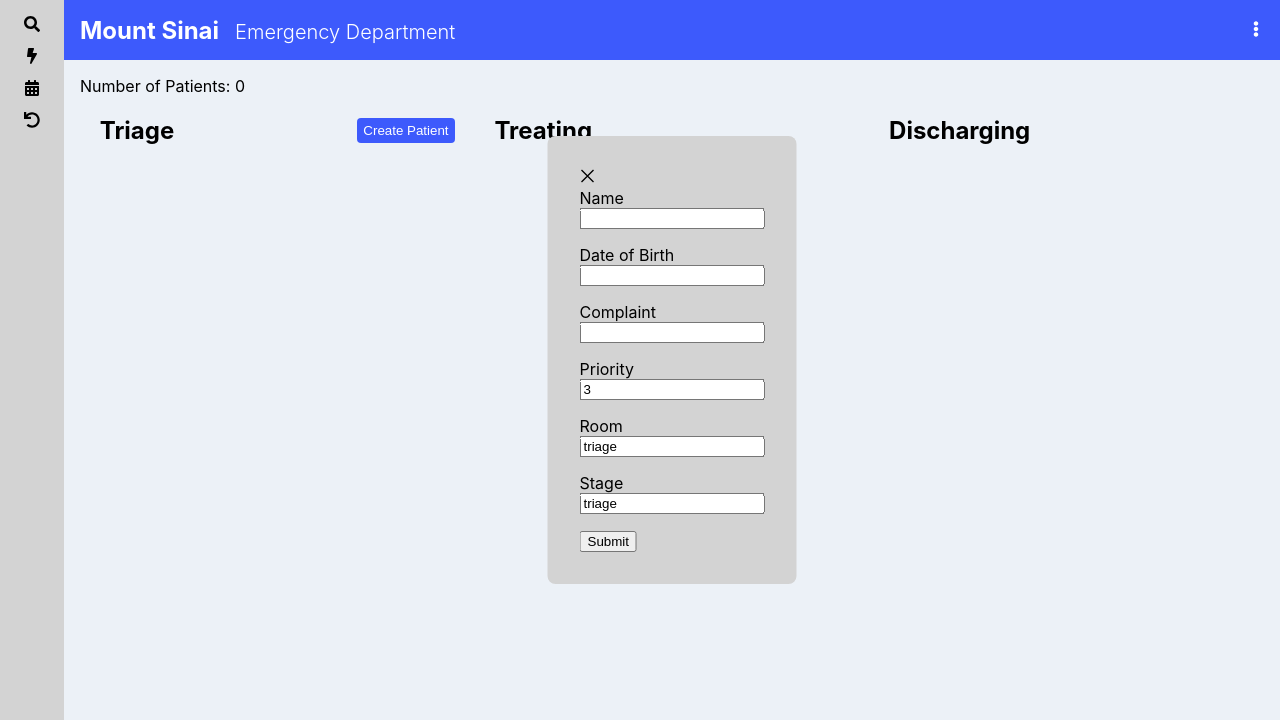
Repository: kosenijr/triage-app
Page: /, after clicking the first element matching `button.App_61351_triage-header-button`
The author's editor kept a copy of each file at every save. The page is drawn from the files as they stood at one save, then again after the next save.
The browser window is 1280 px wide. The pictures show the whole page.
The page's requests for data from a server got no answer. The project was rebuilt for these pictures with package versions that can differ from the ones it lists, and the page was loaded fresh each time. No one was signed in, and anything a server would have sent is missing. Also part of the build but not shown: src/styles/PatientCard.module.css, src/components/PatientCard.js.

Above is the page before, as saved 2022-11-17 12:50:14.

### src/App.js
import React, { useEffect, useState } from 'react';
import { FaEllipsisV, FaSearch, FaBolt, FaCalendarAlt, FaUndo } from "react-icons/fa";
import styles from '../src/styles/App.module.css'
import '../src/styles/Global.module.css'
import { ROUTES } from '../src/constants'
import PatientCard from './components/PatientCard'
import Modal from './components/Modal'

const log = console.log;

function App() {

  const [patientRecords, setPatientRecords] = useState([]);
  const [numOfPatients, setNumOfPatients] = useState(0);
  const [isModalOpen, setIsModalOpen] = useState(false);



  useEffect(() => {
    fetch(ROUTES['GET_ALL_PATIENTS'])
      .then(res => res.json())
      .then(res => setPatientRecords(res))
  }, []);

  useEffect(() => {
    setNumOfPatients(patientRecords.length);
  }, [patientRecords]);

  const onRoomAssignment = (patient, room) => {
    // const oldPatientRecord = patient;
    const newPatientRecord = {
      id: patient.id,
      name: patient.name,
      dob: patient.dob,
      complaint: patient.complaint,
      priority: patient.priority,
      room: patient.room,
      stage: 'treating'
    }


    setPatientRecords(patientRecords.map((record) => {
      if (record.id === patient.id) {
        record.room = room;
        record.stage = 'treating';
      }
      return record;
    }));

    const requestOptions = {
      method: 'PUT',
      body: JSON.stringify(newPatientRecord),
    };

    fetch(ROUTES['GET_EACH_PATIENT'], requestOptions)
      .then(result => result.json())
      .catch(error => console.log('error', error));
  }

  const onCreatePatient = (patient) => {
    const requestOptions = {
      method: 'POST',
      body: JSON.stringify(patient),
    };

    fetch(ROUTES['GET_EACH_PATIENT'], requestOptions)
      .then(result => result.json())
      .then(patient => console.log(patient))
      .then(patient => setPatientRecords([...patientRecords, patient]))
      .catch(error => console.log('error', error));
  }


  const onStartDischarge = (patient) => {
    const newPatientRecord = {
      id: patient.id,
      name: patient.name,
      dob: patient.dob,
      complaint: patient.complaint,
      priority: patient.priority,
      room: 'discharging-room',
      stage: 'discharging'
    }


    setPatientRecords(patientRecords.map((record) => {
      if (record.id === patient.id) {
        record.room = 'discharging-room';
        record.stage = 'discharging';
      }
      return record;
    }));

    const requestOptions = {
      method: 'PUT',
      body: JSON.stringify(newPatientRecord),
    };

    fetch(ROUTES['GET_EACH_PATIENT'], requestOptions)
      .then(result => result.json())
      .then(result => console.log(result))
      .catch(error => console.log('error', error));


  }

  const onCompleteDischarge = (patient) => {
    setPatientRecords(patientRecords.filter((record) => record.id !== patient.id));

    const requestOptions = {
      method: 'DELETE',
    };

    fetch(`${ROUTES['GET_EACH_PATIENT']}/${patient.id}`, requestOptions)
      .then(result => result.json())
      .then(result => console.log(result))
      .catch(error => console.log('error', error));

  }
  return (
    <div className={styles['App']}>
      <div className={styles['left-nav']}>
        <FaSearch className='mb-4 mt-4' />
        <FaBolt className='mb-4' />
        <FaCalendarAlt className='mb-4' />
        <FaUndo className='mb-4' />
      </div>
      <div className={styles['right-content']}>
        {isModalOpen && <Modal onCreatePatient={onCreatePatient} setIsModalOpen={setIsModalOpen} />}
        <header className={styles['header']}>
          <div>
            <span className={styles['title']}>Mount Sinai</span>
            <span className={styles['sub-title']}>Emergency Department</span>
          </div>
          <div>
            <FaEllipsisV />

          </div>
        </header>
        <div className={styles['patient-content']}>
          <div><span>Number of Patients: </span><span>{numOfPatients}</span></div>

          <div className={styles['processing']}>
            <div className={styles['process-columns']}>
              <div className={styles['triage-header']}>
                <h2>Triage</h2>
                <button className={styles['triage-header-button']} onClick={() => setIsModalOpen(!isModalOpen)}>Create Patient</button>
              </div>
              {patientRecords.map((patient, index) => {
                // log(patient)
                if (patient?.stage === 'triage') {
                  return (
                    <PatientCard key={index} patient={patient} updateRoomAssignment={onRoomAssignment} />
                  )
                }

              })}
            </div>
            <div className={styles['process-columns']}>
              <h2>Treating</h2>
              {patientRecords.map((patient, index) => {
                // log(patient.name, patient.stage);
                if (patient?.stage === 'treating') {
                  return (
                    <PatientCard key={index} patient={patient} updateRoomAssignment={onRoomAssignment} onStartDischarge={onStartDischarge} />
                  )
                }

              })}

            </div>
            <div className={styles['process-columns']}>
              <h2>Discharging</h2>
              {patientRecords.map((patient, index) => {

                if (patient?.stage === 'discharging') {
                  return (
                    <PatientCard key={index} patient={patient} updateRoomAssignment={onRoomAssignment} onCompleteDischarge={onCompleteDischarge} />
                  )
                }

              })}
            </div>
          </div>
        </div>
      </div>
    </div>
  );
}

export default App;

// styles is a regular object

### src/styles/App.module.css
.App {
  height: 100vh;
  width: 100vw;
  display: relative;
  overflow-y: hidden;
}

.left-nav {
  display: none;
}

.right-content {
  position: relative;
}

.patient-content {
  background-color: #ecf1f7;
  height: content-box;
  overflow-y: scroll;
  position: absolute;
  top: 60px;
  right: 0;
  left: 0;
  bottom: 0;
  padding: 1rem 1rem 4rem 1rem;
}

.header {
  display: flex;
  justify-content: space-between;
  align-items: center;
  /* height: 100px; */
  background-color: #3d5afc;
  color: white;
  padding: 1rem;
}

.triage-header {
  display: flex;
  align-items: center;
  justify-content: space-between;
}

.triage-header-button {
  background-color: #3d5afc;
  color: white;
  border: none;
  border-radius: 4px;
  padding: 0.3rem 0.4rem;
  cursor: pointer;
}

.title {
  font-size: 24px;
  font-weight: 700;
}

.sub-title {
  display: block;
  font-size: 20px;
  font-weight: 300;
}

.patient-card {
  max-width: 400px;
}

@media screen and (min-width: 700px) {
  .sub-title {
    display: initial;
    padding-left: 1rem;
  }
}

@media screen and (min-width: 768px) {
  .processing {
    display: flex;
    justify-content: space-around;
  }

  .process-columns {
    width: 30%;
  }
}

@media screen and (min-width: 800px) {
  .App {
    display: flex;
  }

  .left-nav {
    background-color: lightgray;
    display: flex;
    flex-direction: column;
    width: 5%;
    align-items: center;
  }

  .right-content {
    width: 95%;
  }
}

### src/styles/Global.module.css
:global(.mb-4) {
  margin-bottom: 1rem;
}

:global(.mt-4) {
  margin-top: 1rem;
}

:global(.font-bold) {
  font-weight: 700;
}

### src/constants.js
const BASE_URL = 'https://cw4ccp3r5d.execute-api.us-east-2.amazonaws.com';
const ENV = '/Prod';
export const ROUTES = {
    GET_ALL_PATIENTS: `${BASE_URL}${ENV}/patients`,

}

### src/components/Modal.js
import React, { useState } from 'react'
import styles from '../styles/Modal.module.css'
import { GrClose } from "react-icons/gr";



export default function Modal({ onCreatePatient, setIsModalOpen }) {
    const [name, setName] = useState('');
    const [dob, setDOB] = useState('');
    const [complaint, setComplaint] = useState('');
    const [priority, setPriority] = useState(3);
    const [room, setRoom] = useState('triage');
    const [stage, setStage] = useState('triage');


    const onSubmit = (e) => {
        e.preventDefault();
        const patient = {
            name,
            dob,
            complaint,
            priority,
            room,
            stage
        }
        onCreatePatient(patient);
    }

    return (
        <div className={styles['modal']}>
            < GrClose className={styles['cancel-modal']} onClick={() => setIsModalOpen(false)} />
            <form action="">
                <div className={styles['input-group']}>
                    <label htmlFor="name">Name</label>
                    <input type="text" value={name} id="name" onChange={(e) => setName(e.target.value)} />
                </div>

                <div className="{styles['input-group']">
                    <label htmlFor="dob">Date of Birth</label>
                    <input type="text" value={dob} onChange={(e) => setDOB(e.target.value)} />
                </div>

                <div className="{styles['input-group']">
                    <label htmlFor="complaint">Complaint</label>
                    <input type="text" value={complaint} onChange={(e) => setComplaint(e.target.value)} />
                </div>

                <div className="{styles['input-group']">
                    <label htmlFor="priority">Priority</label>
                    <input type="text" value={priority} onChange={(e) => setPriority(e.target.value)} />
                </div>

                <div className="{styles['input-group']">
                    <label htmlFor="room">Room</label>
                    <input type="text" value={room} onChange={(e) => setRoom(e.target.value)} />
                </div>

                <div className="{styles['input-group']">
                    <label htmlFor="stage">Stage</label>
                    <input type="text" value={stage} onChange={(e) => setStage(e.target.value)} />
                </div>

                <button onClick={(e) => onSubmit(e)}>Submit</button>
            </form>
        </div>

    )
}

### src/styles/Modal.module.css
.modal {
  position: absolute;
  top: 50%;
  left: 50%;
  transform: translate(-50%, -50%);

  background-color: lightgray;
  padding: 2rem;
  border-radius: 0.5rem;
  z-index: 1;
}

.modal form input {
  display: block;
  margin-bottom: 1rem;
}

.cancel-modal {
  cursor: pointer;
}

Loaded but not shown: public/index.html (common file); src/index.js (common file); src/index.css (common file); src/reportWebVitals.js (common file)

After the next save:
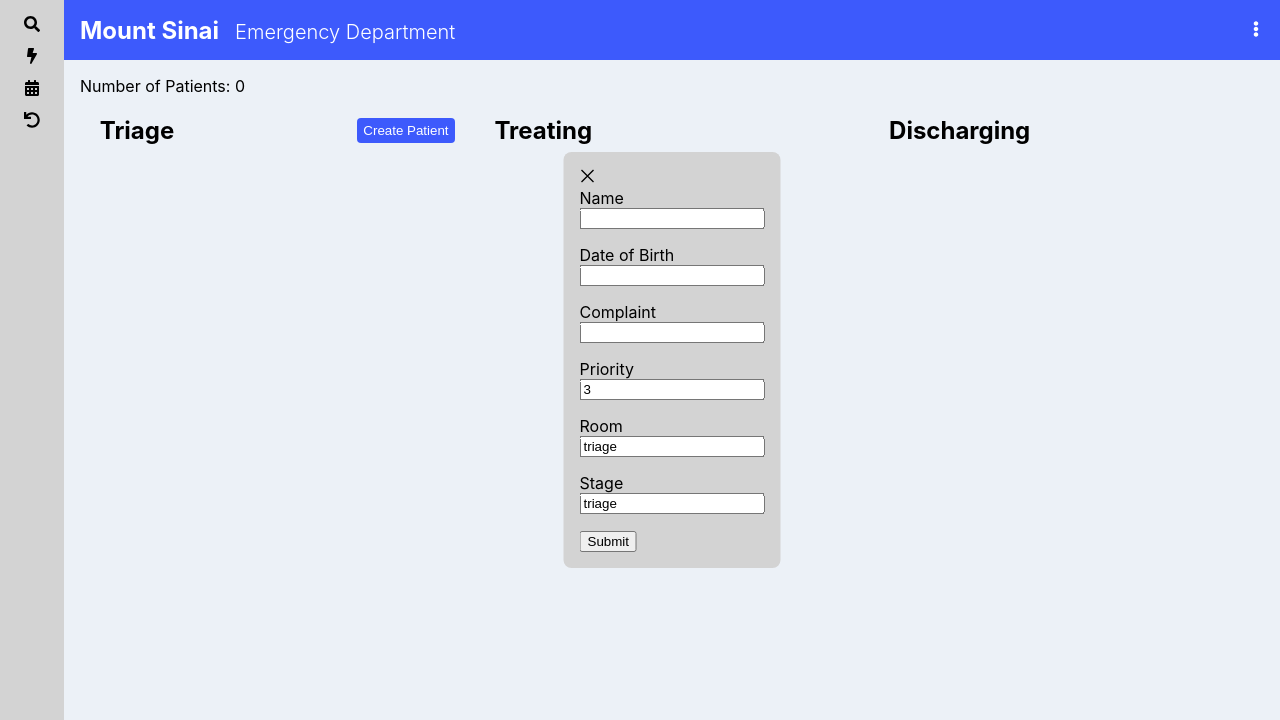
Saved 11 s later.
--- a/src/styles/Modal.module.css
+++ b/src/styles/Modal.module.css
@@ -5,7 +5,7 @@
   transform: translate(-50%, -50%);
 
   background-color: lightgray;
-  padding: 2rem;
+  padding: 1rem;
   border-radius: 0.5rem;
   z-index: 1;
 }
